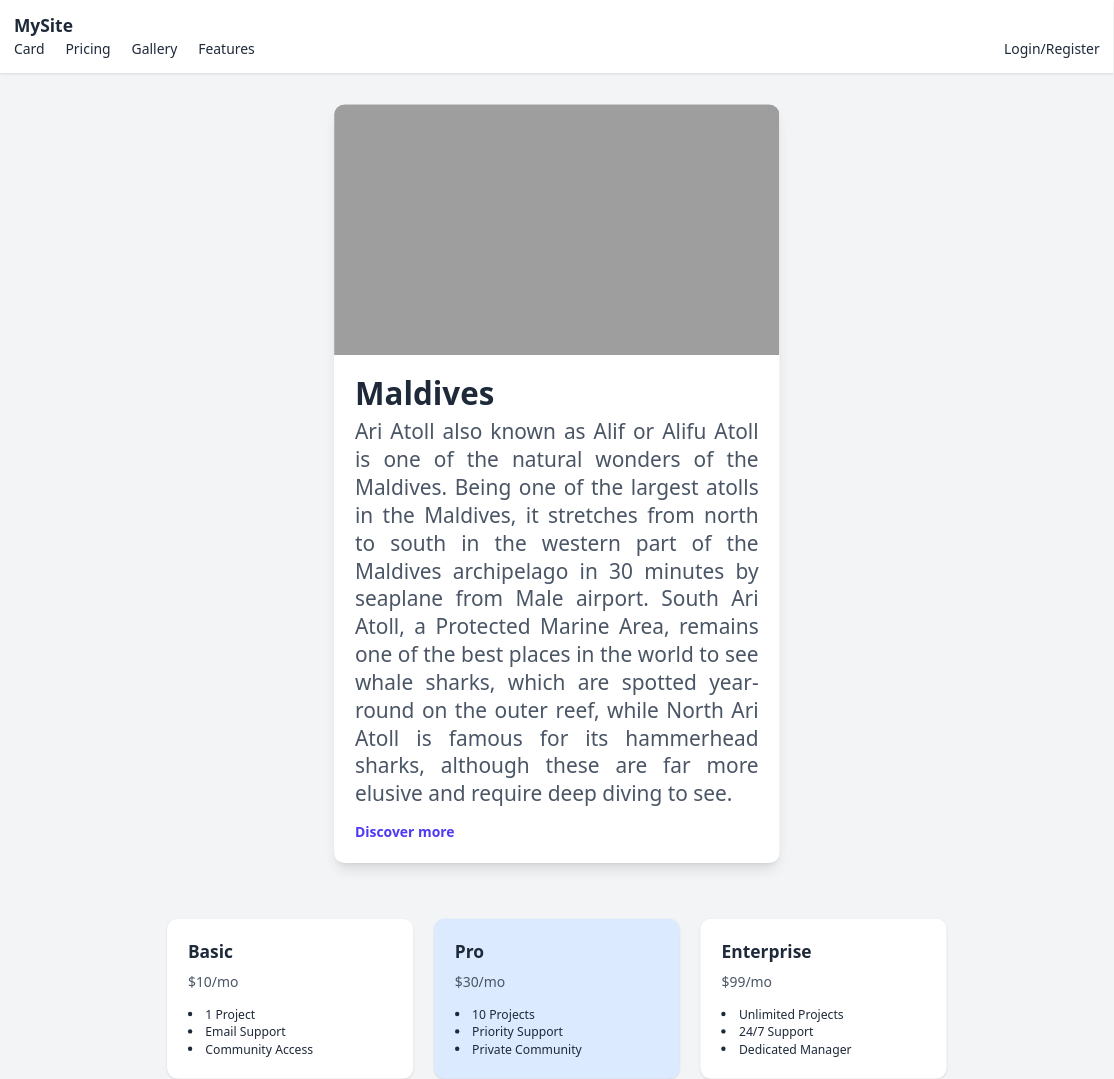
Repository: DinTri/TailwindInASimpleWebApp
Page: src/index.html
An editor plug-in stored every save of this project. The page is shown before and after the next save, followed by the edit.
The browser window is 1280 px wide. The pictures show the whole page, at 87% of full size.
Pictures or frames that could not be fetched are drawn as grey boxes.

Above is the page before, as saved 2025-06-22 23:18:54.
Console error: TypeError: Cannot read properties of null (reading 'addEventListener')

After the next save:
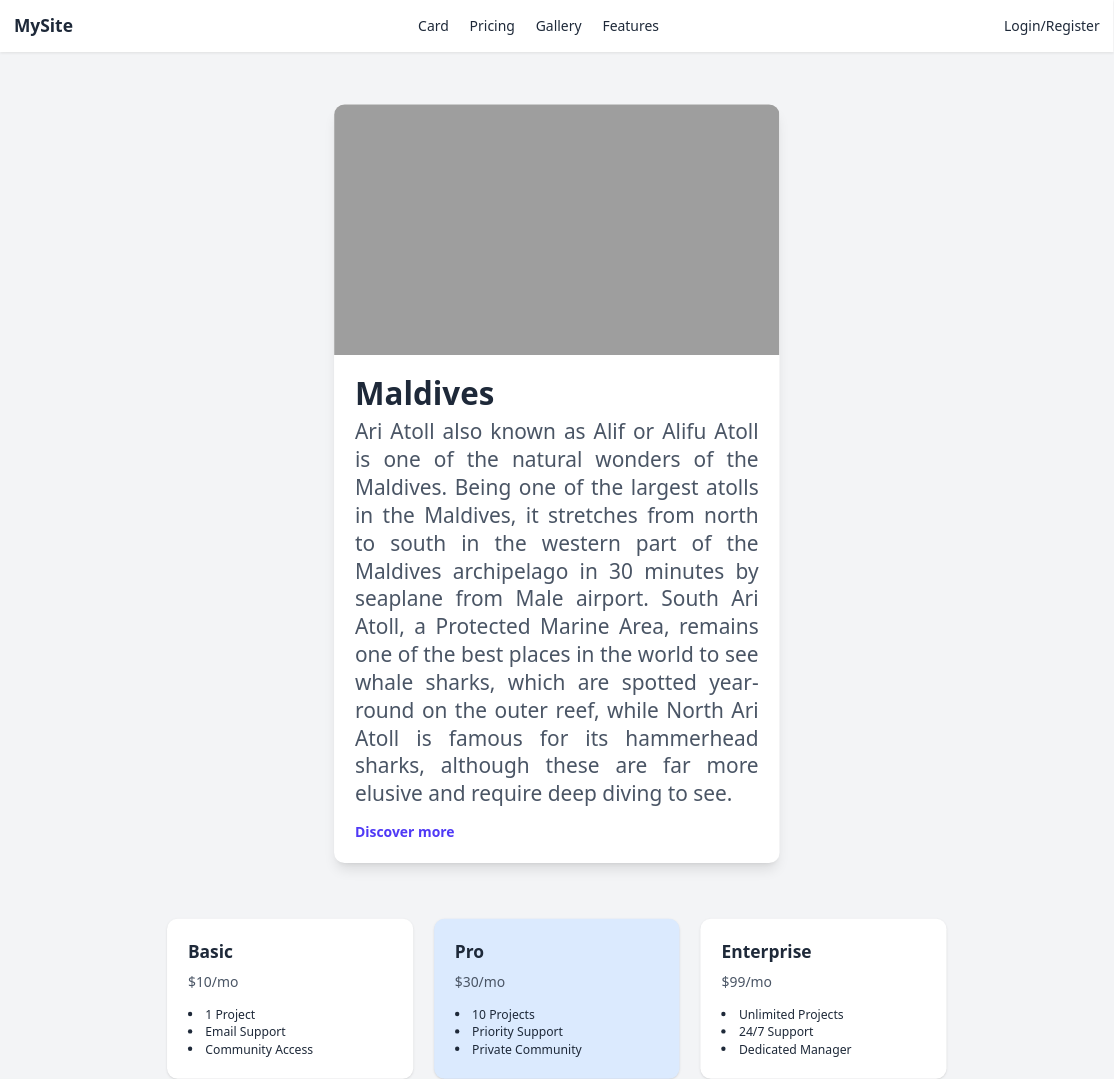
Saved 65 s later.
--- a/src/index.html
+++ b/src/index.html
@@ -17,26 +17,21 @@
       <div class="flex items-center justify-between">
         <div class="text-xl font-bold">MySite</div>
         <button id="navToggle" class="text-2xl md:hidden">☰</button>
-      </div>
-      <div
-        class="mt-4 w-full justify-center md:mt-0 md:flex md:items-center md:space-x-8"
-      >
-        <ul
-          id="navLinks"
-          class="flex hidden flex-col items-center gap-2 md:flex md:flex-row md:gap-6"
-        >
-          <li><a href="#card" class="block hover:text-blue-600">Card</a></li>
-          <li>
-            <a href="#pricing" class="block hover:text-blue-600">Pricing</a>
-          </li>
-          <li>
-            <a href="#gallery" class="block hover:text-blue-600">Gallery</a>
-          </li>
-          <li>
-            <a href="#features" class="block hover:text-blue-600">Features</a>
-          </li>
-        </ul>
-        <ul class="ml-4 flex justify-end gap-4 md:ml-auto md:flex-row md:gap-6">
+        <div class="hidden flex-1 items-center justify-center md:flex">
+          <ul id="navLinks" class="flex gap-6">
+            <li><a href="#card" class="block hover:text-blue-600">Card</a></li>
+            <li>
+              <a href="#pricing" class="block hover:text-blue-600">Pricing</a>
+            </li>
+            <li>
+              <a href="#gallery" class="block hover:text-blue-600">Gallery</a>
+            </li>
+            <li>
+              <a href="#features" class="block hover:text-blue-600">Features</a>
+            </li>
+          </ul>
+        </div>
+        <ul class="hidden items-center gap-6 md:flex">
           <li>
             <a href="#forms" class="block hover:text-blue-600"
               >Login/Register</a
